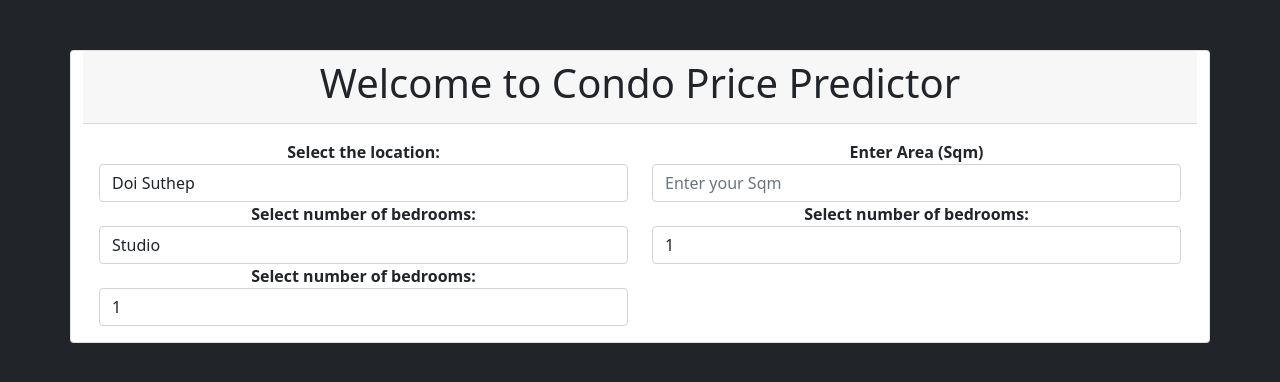
Repository: myothida/condoprice_CNX
Page: http://localhost/
These files come from the project's save history. The page is drawn as it stood at one moment and after the next save; the edit follows.
The browser window is 1280 px wide. The pictures show the whole page.
The page is served by the project's application, run on Flask 3 (main.py).

Above is the page before, as saved 2023-09-26 21:57:59.

After the next save:
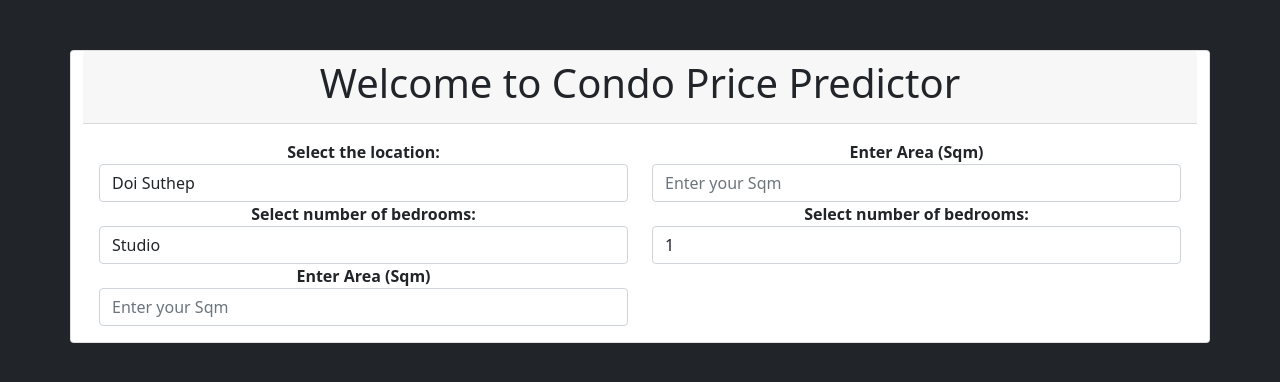
Saved 35 s later.
--- a/templates/index.html
+++ b/templates/index.html
@@ -80,18 +80,14 @@
                   </select>
                 </div>
                 <div class="col-md-6 form-group" style="text-align: center">
-                  <label><b> Select number of bedrooms: </b> </label>
-                  <select
-                    class="selectpicker form-control"
-                    id="bedrooms"
-                    name="bedrooms"
-                    require="1"
-                  >
-                    <option>1</option>
-                    <option>2</option>
-                    <option>3</option>
-                    <option>4</option>
-                  </select>
+                  <label><b> Enter Area (Sqm) </b> </label>
+                  <input
+                    type="text"
+                    class="form-control"
+                    id="Area"
+                    name="Area"
+                    placeholder="Enter your Sqm"
+                  />
                 </div>
               </div>
             </form>
